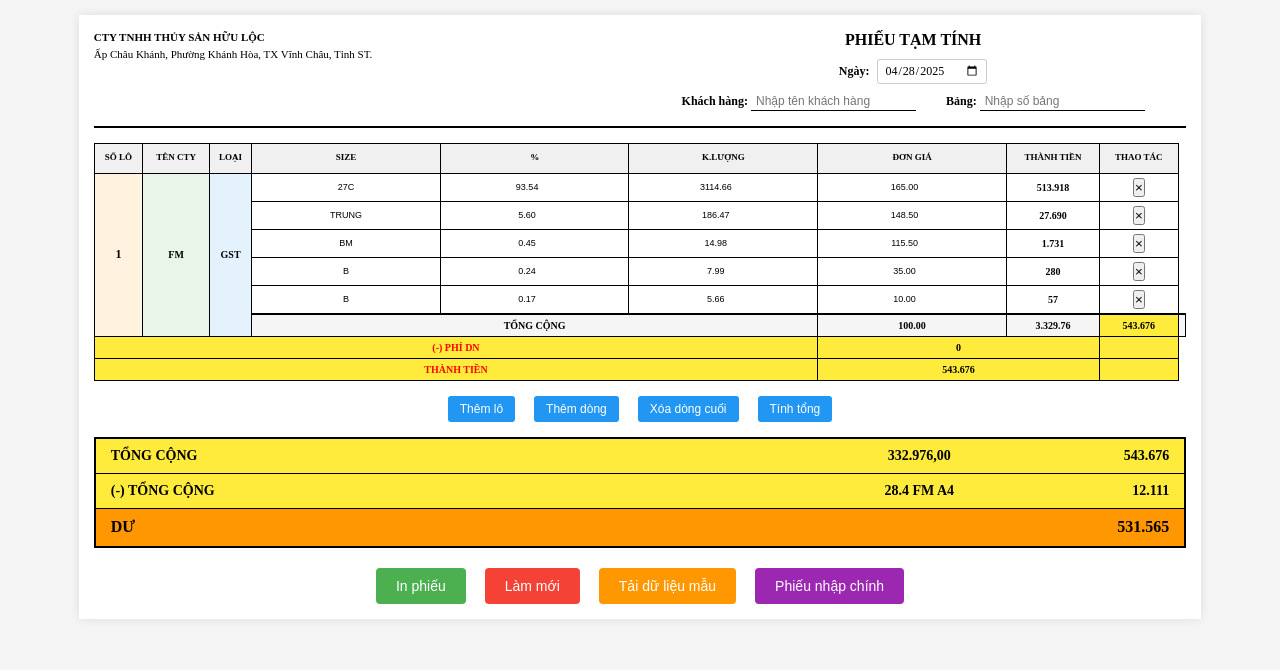
Repository: manhtuong0503/tom-nguyen-lieu
Page: phieu-tam-tinh.html
An editor plug-in stored every save of this project. The page is shown before and after the next save, followed by the edit.
The browser window is 1280 px wide. The pictures show the whole page.

Above is the page before, as saved 2025-08-02 15:57:32.

### phieu-tam-tinh.html
<!DOCTYPE html>
<html lang="vi">
<head>
    <meta charset="UTF-8">
    <meta name="viewport" content="width=device-width, initial-scale=1.0">
    <title>Phiếu Tạm Tính</title>
    <link rel="stylesheet" href="phieu-tam-tinh.css">
</head>
<body>
    <div class="container">
        <div class="header">
            <div class="company-info">
                <p><strong>CTY TNHH THỦY SẢN HỮU LỘC</strong></p>
                <p>Ấp Châu Khánh, Phường Khánh Hòa, TX Vĩnh Châu, Tỉnh ST.</p>
            </div>
            <div class="document-info">
                <h2>PHIẾU TẠM TÍNH</h2>
                <div class="date-input-section">
                    <label>Ngày:
                        <input type="date" id="document-date" class="date-input" value="2025-04-28">
                    </label>
                </div>
                <div class="customer-section">
                    <label>Khách hàng: <input type="text" id="khach-hang" placeholder="Nhập tên khách hàng"></label>
                    <label style="margin-left: 20px;">Bảng: <input type="text" id="bang" placeholder="Nhập số bảng"></label>
                </div>
            </div>
        </div>

        <table class="invoice-table">
            <thead>
                <tr>
                    <th rowspan="2">SỐ LÔ</th>
                    <th rowspan="2">TÊN CTY</th>
                    <th rowspan="2">LOẠI</th>
                    <th rowspan="2">SIZE</th>
                    <th rowspan="2">%</th>
                    <th rowspan="2">K.LƯỢNG</th>
                    <th rowspan="2">ĐƠN GIÁ</th>
                    <th rowspan="2">THÀNH TIỀN</th>
                    <th rowspan="2">THAO TÁC</th>
                </tr>
                <tr class="sub-header">
                    <!-- Dòng này để tạo không gian cho header 2 tầng -->
                </tr>
            </thead>
            <tbody id="invoice-items">
                <!-- Lô 1 -->
                <tr class="lot-row">
                    <td rowspan="6" class="lot-number">1</td>
                    <td rowspan="6" class="company-name">FM</td>
                    <td rowspan="6" class="product-type">GST</td>
                    <td><input type="text" class="item-input" name="size" value="27C"></td>
                    <td><input type="number" class="item-input" name="percent" step="0.01" value="93.54"></td>
                    <td><input type="number" class="item-input" name="weight" step="0.01" value="3114.66"></td>
                    <td><input type="number" class="item-input" name="price" step="0.01" value="165.00" onchange="calculateRowTotal(this)"></td>
                    <td class="thanh-tien">513.918</td>
                    <td class="action-cell"><button type="button" class="delete-btn" onclick="deleteRow(this)" title="Xóa dòng">×</button></td>
                </tr>
                <tr>
                    <td><input type="text" class="item-input" name="size" value="TRUNG"></td>
                    <td><input type="number" class="item-input" name="percent" step="0.01" value="5.60"></td>
                    <td><input type="number" class="item-input" name="weight" step="0.01" value="186.47"></td>
                    <td><input type="number" class="item-input" name="price" step="0.01" value="148.50" onchange="calculateRowTotal(this)"></td>
                    <td class="thanh-tien">27.690</td>
                    <td class="action-cell"><button type="button" class="delete-btn" onclick="deleteRow(this)" title="Xóa dòng">×</button></td>
                </tr>
                <tr>
                    <td><input type="text" class="item-input" name="size" value="BM"></td>
                    <td><input type="number" class="item-input" name="percent" step="0.01" value="0.45"></td>
                    <td><input type="number" class="item-input" name="weight" step="0.01" value="14.98"></td>
                    <td><input type="number" class="item-input" name="price" step="0.01" value="115.50" onchange="calculateRowTotal(this)"></td>
                    <td class="thanh-tien">1.731</td>
                    <td class="action-cell"><button type="button" class="delete-btn" onclick="deleteRow(this)" title="Xóa dòng">×</button></td>
                </tr>
                <tr>
                    <td><input type="text" class="item-input" name="size" value="B"></td>
                    <td><input type="number" class="item-input" name="percent" step="0.01" value="0.24"></td>
                    <td><input type="number" class="item-input" name="weight" step="0.01" value="7.99"></td>
                    <td><input type="number" class="item-input" name="price" step="0.01" value="35.00" onchange="calculateRowTotal(this)"></td>
                    <td class="thanh-tien">280</td>
                    <td class="action-cell"><button type="button" class="delete-btn" onclick="deleteRow(this)" title="Xóa dòng">×</button></td>
                </tr>
                <tr>
                    <td><input type="text" class="item-input" name="size" value="B"></td>
                    <td><input type="number" class="item-input" name="percent" step="0.01" value="0.17"></td>
                    <td><input type="number" class="item-input" name="weight" step="0.01" value="5.66"></td>
                    <td><input type="number" class="item-input" name="price" step="0.01" value="10.00" onchange="calculateRowTotal(this)"></td>
                    <td class="thanh-tien">57</td>
                    <td class="action-cell"><button type="button" class="delete-btn" onclick="deleteRow(this)" title="Xóa dòng">×</button></td>
                </tr>
                <tr class="total-row">
                    <td colspan="3"><strong>TỔNG CỘNG</strong></td>
                    <td class="total-percent">100.00</td>
                    <td class="total-weight">3.329.76</td>
                    <td colspan="1" style="background-color: #ffeb3b;"><strong>543.676</strong></td>
                    <td class="action-cell"></td>
                </tr>
                <tr class="phidn-row">
                    <td colspan="6" style="text-align: center; color: red;"><strong>(-) PHÍ DN</strong></td>
                    <td colspan="2" style="background-color: #ffeb3b;">0</td>
                    <td class="action-cell"></td>
                </tr>
                <tr class="thanhtien-row">
                    <td colspan="6" style="text-align: center; color: red;"><strong>THÀNH TIỀN</strong></td>
                    <td colspan="2" style="background-color: #ffeb3b;"><strong>543.676</strong></td>
                    <td class="action-cell"></td>
                </tr>
            </tbody>
        </table>

        <div class="action-buttons">
            <button type="button" onclick="addLot()">Thêm lô</button>
            <button type="button" onclick="addRowToCurrentLot()">Thêm dòng</button>
            <button type="button" onclick="removeLastRow()">Xóa dòng cuối</button>
            <button type="button" onclick="calculateAllTotals()">Tính tổng</button>
        </div>

        <div class="grand-totals">
            <div class="grand-total-row">
                <span class="label">TỔNG CỘNG</span>
                <span class="total-qty" id="total-quantity">10.316.95</span>
                <span class="total-amount" id="total-amount">1.459.048</span>
            </div>
            <div class="grand-total-row">
                <span class="label">(-) TỔNG CỘNG</span>
                <span class="total-qty">28.4 FM A4</span>
                <span class="total-amount" id="total-deduction">12.111</span>
            </div>
            <div class="grand-total-row final">
                <span class="label"><strong>DƯ</strong></span>
                <span class="total-qty"></span>
                <span class="total-amount" id="final-total">1.446.937</span>
            </div>
        </div>

        <div class="print-buttons">
            <button type="button" onclick="printInvoice()" class="print-btn">In phiếu</button>
            <button type="button" onclick="clearForm()" class="clear-btn">Làm mới</button>
            <button type="button" onclick="loadSampleData()" class="sample-btn">Tải dữ liệu mẫu</button>
            <button type="button" onclick="goToMainInvoice()" class="nav-btn">Phiếu nhập chính</button>
        </div>
    </div>

    <script src="phieu-tam-tinh.js"></script>
</body>
</html>

### phieu-tam-tinh.css
* {
    margin: 0;
    padding: 0;
    box-sizing: border-box;
}

body {
    font-family: 'Times New Roman', serif;
    font-size: 12px;
    line-height: 1.3;
    background-color: #f5f5f5;
    padding: 15px;
}

.container {
    max-width: 297mm; /* A4 landscape */
    background: white;
    margin: 0 auto;
    padding: 15px;
    box-shadow: 0 0 10px rgba(0,0,0,0.1);
}

.header {
    display: flex;
    justify-content: space-between;
    margin-bottom: 15px;
    border-bottom: 2px solid #000;
    padding-bottom: 10px;
}

.company-info {
    flex: 1;
    font-size: 11px;
}

.company-info p {
    margin-bottom: 3px;
}

.document-info {
    flex: 1;
    text-align: center;
}

.document-info h2 {
    font-size: 16px;
    font-weight: bold;
    margin-bottom: 8px;
    text-transform: uppercase;
}

.date-input-section {
    margin-bottom: 8px;
}

.date-input-section label {
    display: flex;
    align-items: center;
    justify-content: center;
    gap: 8px;
    font-weight: bold;
    font-size: 12px;
}

.date-input {
    border: 1px solid #ccc;
    border-radius: 3px;
    padding: 3px 6px;
    font-size: 12px;
    font-family: inherit;
}

.customer-section {
    display: flex;
    justify-content: center;
    align-items: center;
    gap: 10px;
    margin-bottom: 5px;
}

.customer-section label {
    font-weight: bold;
    font-size: 12px;
}

.customer-section input {
    border: none;
    border-bottom: 1px solid #000;
    padding: 2px 5px;
    font-size: 12px;
    min-width: 100px;
}

.invoice-table {
    width: 100%;
    border-collapse: collapse;
    margin-bottom: 15px;
    font-size: 10px;
}

.invoice-table th,
.invoice-table td {
    border: 1px solid #000;
    padding: 4px 2px;
    text-align: center;
    vertical-align: middle;
}

.invoice-table th {
    background-color: #f0f0f0;
    font-weight: bold;
    font-size: 9px;
    height: 30px;
}

.sub-header {
    height: 0;
    border: none;
}

.sub-header td {
    border: none;
    padding: 0;
    height: 0;
}

.lot-number {
    font-weight: bold;
    font-size: 12px;
    background-color: #fff3e0;
    vertical-align: middle;
}

.company-name {
    font-weight: bold;
    background-color: #e8f5e8;
    vertical-align: middle;
}

.product-type {
    font-weight: bold;
    background-color: #e3f2fd;
    vertical-align: middle;
}

.item-input {
    border: none;
    background: transparent;
    width: 100%;
    text-align: center;
    padding: 2px;
    font-size: 9px;
}

.thanh-tien {
    font-weight: bold;
    text-align: right;
    padding-right: 4px;
}

.total-row {
    background-color: #f5f5f5;
    font-weight: bold;
}

.total-row td {
    border-top: 2px solid #000;
}

.phidn-row,
.thanhtien-row {
    background-color: #ffeb3b;
}

.phidn-row td,
.thanhtien-row td {
    font-weight: bold;
}

.action-buttons {
    margin-bottom: 15px;
    text-align: center;
}

.action-buttons button {
    margin: 0 8px;
    padding: 6px 12px;
    background-color: #2196F3;
    color: white;
    border: none;
    border-radius: 3px;
    cursor: pointer;
    font-size: 12px;
}

.action-buttons button:hover {
    background-color: #1976D2;
}

.grand-totals {
    margin-bottom: 20px;
    border: 2px solid #000;
    background-color: #ffeb3b;
}

.grand-total-row {
    display: grid;
    grid-template-columns: 1fr 200px 150px;
    padding: 8px 15px;
    border-bottom: 1px solid #000;
    font-size: 14px;
    font-weight: bold;
}

.grand-total-row:last-child {
    border-bottom: none;
}

.grand-total-row.final {
    background-color: #ff9800;
    font-size: 16px;
}

.label {
    text-align: left;
}

.total-qty {
    text-align: center;
}

.total-amount {
    text-align: right;
}

.print-buttons {
    text-align: center;
    margin-top: 15px;
}

.print-btn, .clear-btn, .sample-btn, .nav-btn {
    padding: 10px 20px;
    margin: 0 8px;
    font-size: 14px;
    border: none;
    border-radius: 4px;
    cursor: pointer;
}

.print-btn {
    background-color: #4CAF50;
    color: white;
}

.print-btn:hover {
    background-color: #45a049;
}

.clear-btn {
    background-color: #f44336;
    color: white;
}

.clear-btn:hover {
    background-color: #da190b;
}

.sample-btn {
    background-color: #FF9800;
    color: white;
}

.sample-btn:hover {
    background-color: #F57C00;
}

.nav-btn {
    background-color: #9C27B0;
    color: white;
}

.nav-btn:hover {
    background-color: #7B1FA2;
}

/* Print styles */
@media print {
    @page {
        size: A4 landscape;
        margin: 10mm;
    }

    body {
        background: white;
        padding: 0;
        font-size: 10px;
    }

    .container {
        box-shadow: none;
        max-width: none;
        padding: 0;
        margin: 0;
    }

    .print-buttons,
    .action-buttons {
        display: none !important;
    }

    .header {
        margin-bottom: 10px;
        padding-bottom: 8px;
    }

    .invoice-table {
        font-size: 8px;
        margin-bottom: 10px;
    }

    .invoice-table th,
    .invoice-table td {
        padding: 2px 1px;
    }

    .date-input,
    .customer-section input,
    .item-input {
        border: none;
        background: transparent;
        -webkit-print-color-adjust: exact;
        print-color-adjust: exact;
    }

    .date-input-section label {
        font-style: italic;
    }

    .grand-totals {
        margin-bottom: 0;
    }

    .grand-total-row {
        padding: 5px 10px;
        font-size: 12px;
    }

    .grand-total-row.final {
        font-size: 14px;
    }

    /* Màu nền cho print */
    .lot-number,
    .company-name,
    .product-type,
    .total-row,
    .phidn-row,
    .thanhtien-row,
    .grand-totals,
    .grand-total-row.final {
        -webkit-print-color-adjust: exact;
        print-color-adjust: exact;
    }
}

/* Responsive design */
@media (max-width: 1200px) {
    .container {
        padding: 10px;
        font-size: 11px;
    }

    .header {
        flex-direction: column;
        text-align: center;
    }

    .customer-section {
        flex-direction: column;
        gap: 5px;
    }

    .invoice-table {
        font-size: 9px;
    }

    .grand-total-row {
        grid-template-columns: 1fr 150px 120px;
        padding: 6px 10px;
        font-size: 12px;
    }
}

/* Animation for adding rows */
@keyframes fadeIn {
    from { opacity: 0; }
    to { opacity: 1; }
}

.invoice-table tbody tr {
    animation: fadeIn 0.3s ease-in;
}

Loaded but not shown: phieu-tam-tinh.js (439 lines, source omitted)

After the next save:
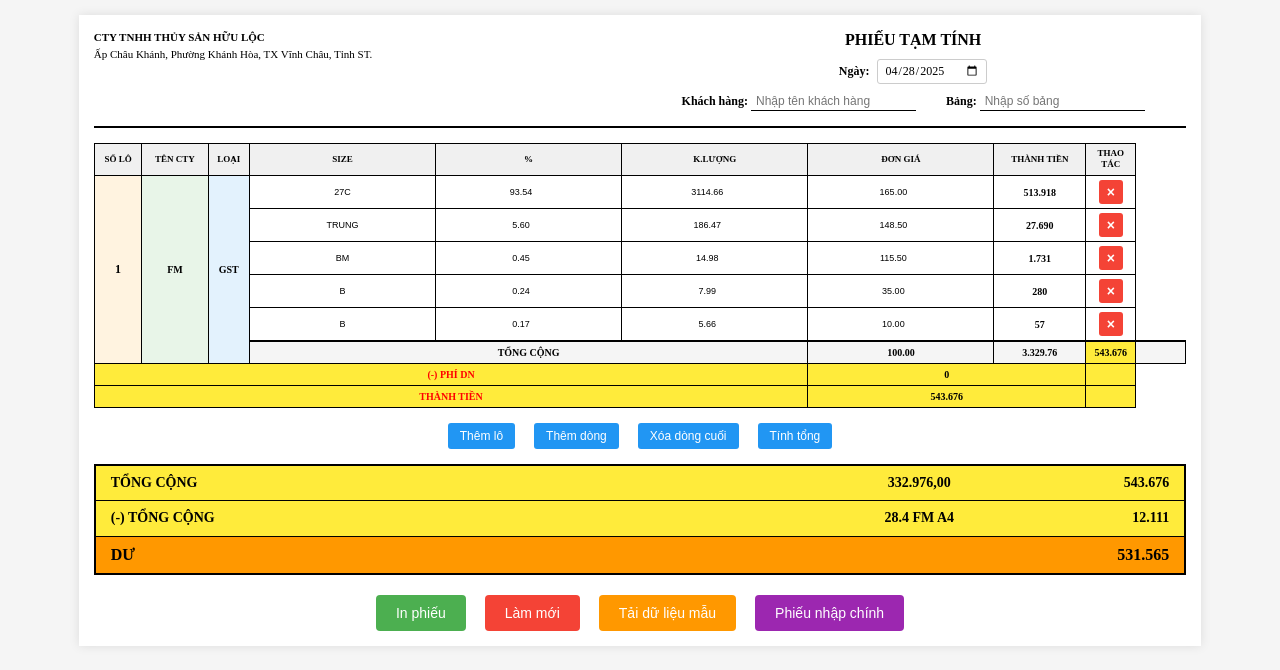
Saved 11 s later.
--- a/phieu-tam-tinh.css
+++ b/phieu-tam-tinh.css
@@ -156,6 +156,37 @@ body {
     font-weight: bold;
     text-align: right;
     padding-right: 4px;
+}
+
+.action-cell {
+    text-align: center;
+    padding: 2px;
+    width: 50px;
+}
+
+.delete-btn {
+    background-color: #f44336;
+    color: white;
+    border: none;
+    border-radius: 3px;
+    width: 24px;
+    height: 24px;
+    cursor: pointer;
+    font-size: 14px;
+    font-weight: bold;
+    display: flex;
+    align-items: center;
+    justify-content: center;
+    margin: 0 auto;
+}
+
+.delete-btn:hover {
+    background-color: #da190b;
+    transform: scale(1.1);
+}
+
+.delete-btn:active {
+    transform: scale(0.9);
 }
 
 .total-row {
